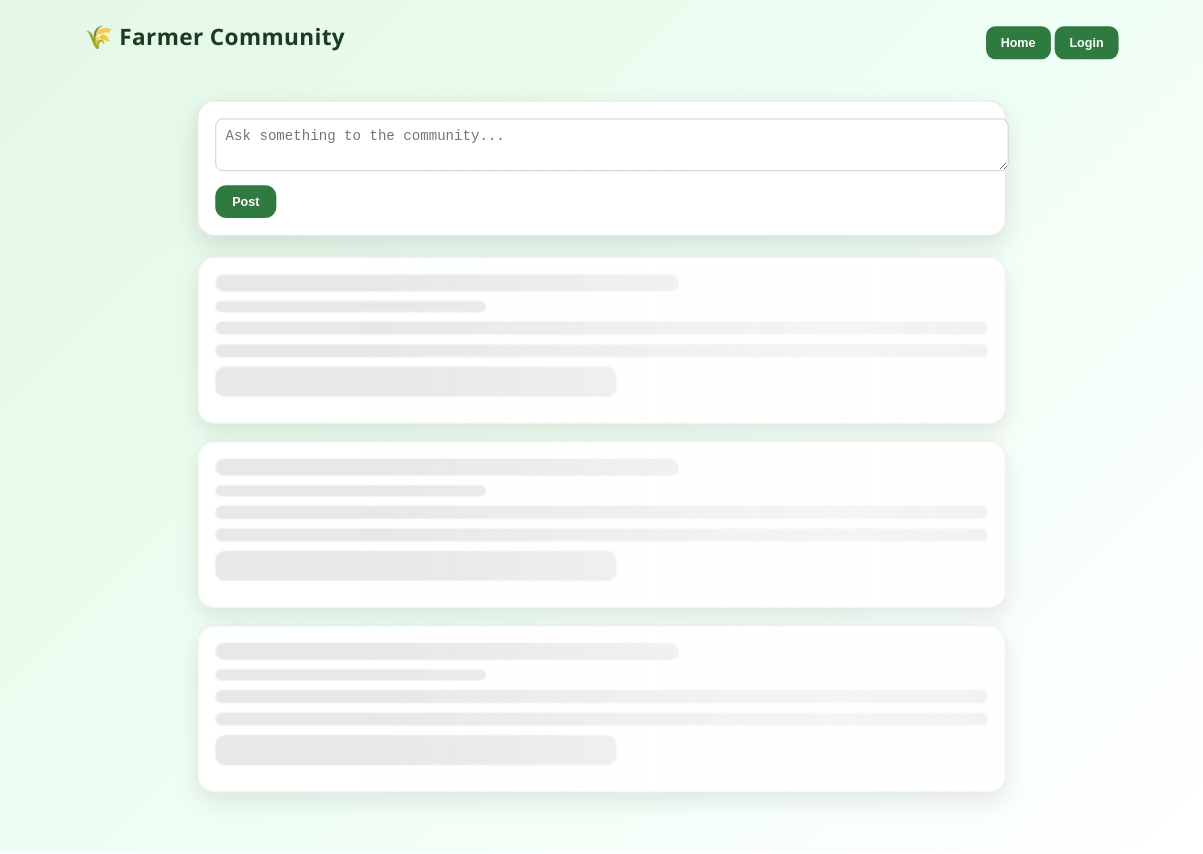
Repository: Desterhub/Agrogyanchatgpt
Page: agrogyan-gpt-main/frontend/community.html
An editor plug-in stored every save of this project. The page is shown before and after the next save, followed by the edit.
The browser window is 1280 px wide. The pictures show the whole page, at 94% of full size.
The page's requests for data from a server got no answer.

Above is the page before, as saved 2026-03-11 23:48:30.

After the next save:
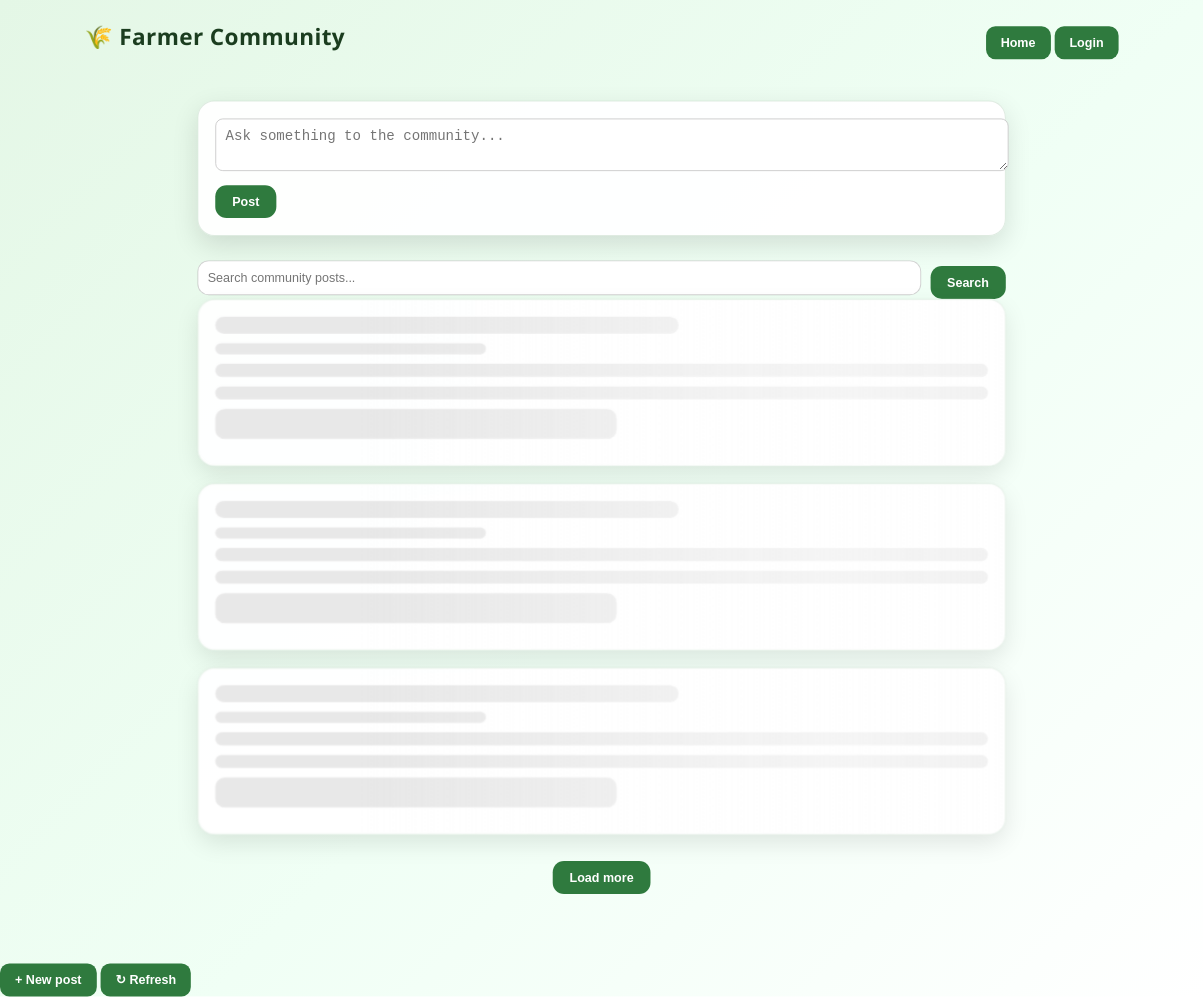
Saved 77 s later.
--- a/agrogyan-gpt-main/frontend/community.html
+++ b/agrogyan-gpt-main/frontend/community.html
@@ -197,8 +197,22 @@
         <button class="primary-btn" onclick="createPost()">Post</button>
     </section>
 
+    <section class="search-bar" style="margin-top: 16px; display: flex; gap: 10px; flex-wrap: wrap; align-items: center;">
+        <input id="postSearch" placeholder="Search community posts..." style="flex:1; padding:10px; border-radius:12px; border:1px solid rgba(0,0,0,0.18);" />
+        <button class="primary-btn" onclick="searchPosts()">Search</button>
+    </section>
+
     <div id="postsContainer"></div>
+
+    <div id="loadMoreWrapper" style="text-align:center; margin-top: 18px;">
+        <button id="loadMoreBtn" class="primary-btn" onclick="loadMorePosts()">Load more</button>
+    </div>
 </main>
+
+<div class="mobile-actions">
+    <button class="nav-btn" onclick="createPost()">+ New post</button>
+    <button class="nav-btn" onclick="loadPosts({ reset: true })">↻ Refresh</button>
+</div>
 
 <script>
 const API = "http://127.0.0.1:8000";
